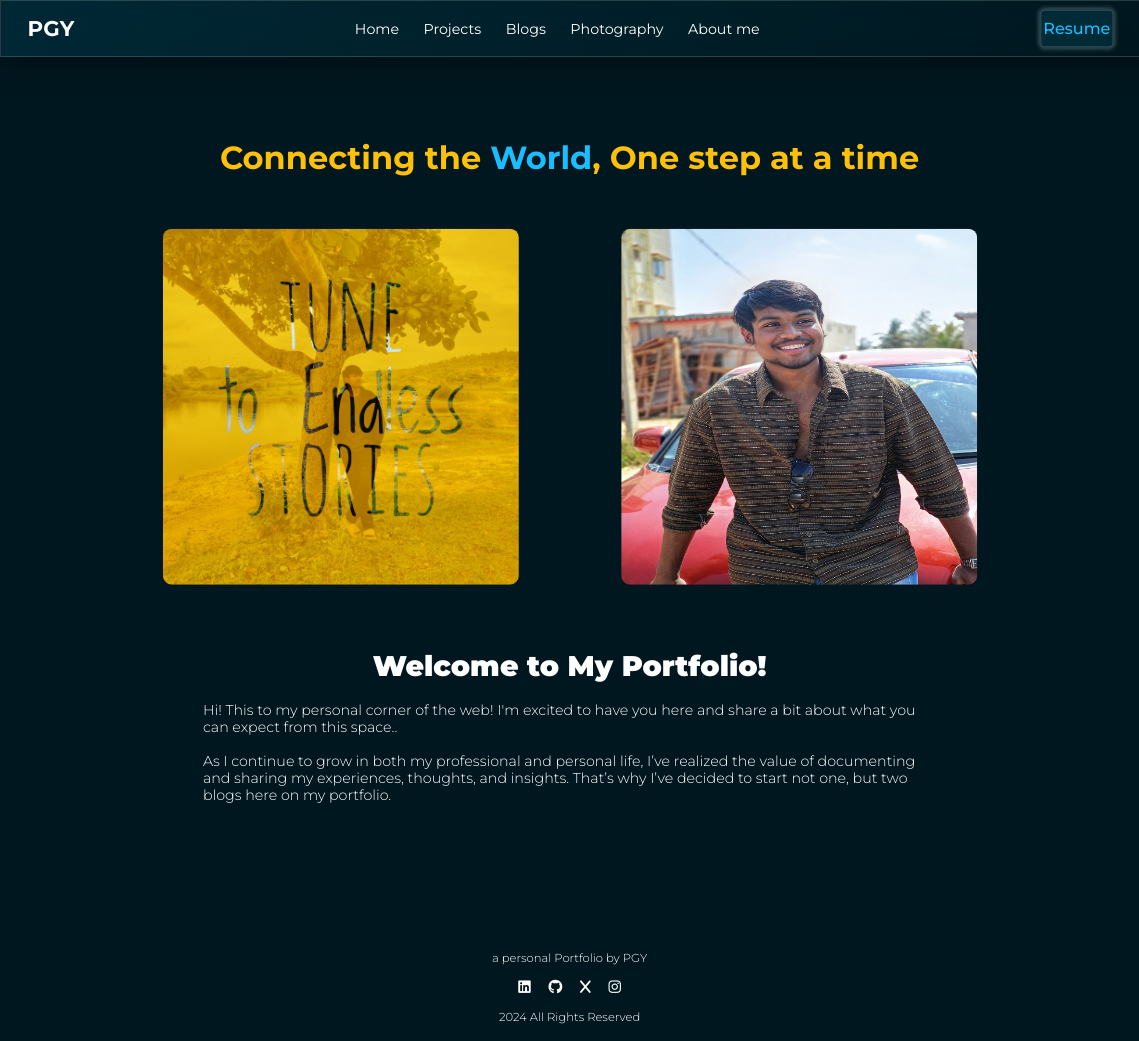
Repository: pgyunknown/pgyunknown
Page: blog.html
The author's editor kept a copy of each file at every save. The page is drawn from the files as they stood at one save, then again after the next save.
The browser window is 1280 px wide. The pictures show the whole page, at 89% of full size.
Some web libraries are served in a nearby version.

Above is the page before, as saved 2024-08-14 20:48:53.

### blog.html
<!DOCTYPE html>
<html lang="en">
<head>
    <meta charset="UTF-8">
    <meta name="viewport" content="width=device-width, initial-scale=1.0">
    <title>Document</title>
    <link rel="stylesheet" href="blog.css">
    <link rel="preconnect" href="https://fonts.googleapis.com">
<link rel="preconnect" href="https://fonts.gstatic.com" crossorigin>
<link href="https://fonts.googleapis.com/css2?family=Libre+Baskerville:ital,wght@0,400;0,700;1,400&family=Montserrat:ital,wght@0,100..900;1,100..900&family=Titillium+Web:ital,wght@0,200;0,300;0,400;0,600;0,700;0,900;1,200;1,300;1,400;1,600;1,700&display=swap" rel="stylesheet">
<link rel="stylesheet" href="https://cdnjs.cloudflare.com/ajax/libs/font-awesome/6.6.0/css/all.min.css" integrity="sha512-Kc323vGBEqzTmouAECnVceyQqyqdsSiqLQISBL29aUW4U/M7pSPA/gEUZQqv1cwx4OnYxTxve5UMg5GT6L4JJg==" crossorigin="anonymous" referrerpolicy="no-referrer" />
</head>
<body>
    <header>
        <div class="pgy_con">
                <div class="pgy"><a href="#">PGY</a></div>
        </div>
        <nav>
                <div class="nav_bar">
                <a href="#" id="home">Home</a>
                <a href="#"id="projects">Projects</a>
                <a href="#"id="blogs">Blogs</a>
                <a href="#"id="photo">Photography</a>
                <a href="#"id="About">About me</a>
                </div>
            </nav>
        <div class="resume_con">
                <button>Resume</button>
        </div>
    </header>
        <main>
            <div class="heading"><h1>Connecting the <span>World</span>, One step at a time</h1></div>
        <div class="contianer">
        <div ><img src="imgs/personal.jpg" alt=""></div>
        <div ><img src="imgs/IMG20240227144332 (1).jpg" alt=""></div>
        </div>
        <div class="blog_intro">
        <article >
            <h1>Welcome to My Portfolio!</h1>
<p>Hi! This to my personal corner of the web! I'm excited to have you here and share a bit about what you can expect from this space..</p>
            <p>As I continue to grow in both my professional and personal life, I’ve realized the value of documenting and sharing my experiences, thoughts, and insights. That’s why I’ve decided to start not one, but two blogs here on my portfolio.</p>
        </article>
    </div>
    </main>
        <footer>
            <div class="footer_port">a personal Portfolio by PGY</div>
            <div class="footer_icons">
            <a href="https://www.linkedin.com/in/p-gokul-yadav-82548a295?utm_source=share&utm_campaign=share_via&utm_content=profile&utm_medium=android_app" alt="Gokul's linkedin profile" target="_blank"><i class="fa-brands fa-linkedin"></i></a>
            <a href="https://github.com/pgyunknown" alt="Gokul Github profile" target="_blank"><i class="fa-brands fa-github"></i></a>
            <a href="#"><i class="fa-brands fa-x" target="_blank"></i></a>
            <a href="#"><i class="fa-brands fa-instagram" target="_blank"></i></a>
        </div>
        <div class="copyrights">2024 All Rights Reserved</div>
    </footer>

</body>
</html>

### blog.css
*{margin: 0px;
    padding: 0px;
}
body{
    background-color: #00171F;
    color: white;
    box-sizing: border-box;


}
a{
    text-decoration: none;
    color: inherit;
}

header{
    display: flex;
    justify-content: space-between;
    align-items: center;
    padding: 10px;
    /* Glassy effect */
    background: linear-gradient(135deg, rgba(0, 200, 255, 0.1), rgba(255, 255, 255, 0));
    backdrop-filter: blur(10px);
    -webkit-backdrop-filter: blur(10px);
    border:1px solid rgba(255, 255, 255, 0.18);
    box-shadow: 0 8px 32px 0 rgba(0, 0, 0, 0.37);

    overflow: hidden;
    position: fixed; /* Set the navbar to fixed position */
    top: 0; /* Position the navbar at the top of the page */
    width: 100%;
}

.pgy_con
{
    margin-left: 20px;
    font-family: "Montserrat", sans-serif;
    font-optical-sizing: auto;
    font-size: x-large;
    font-weight: 700;
    font-style: normal;
    align-items: end;

}

.pgy_con .pgy a{
    text-decoration: none;
}
.nav_bar {
        /* height: 50px; */
    width: 500px;
    display: flex;
    justify-content: space-evenly;

    transition-property: all;
    transition-timing-function: ease-in-out;
    transition-delay: 1s;


}

.nav_bar a{
    box-sizing: border-box;
    font-family: "Montserrat", sans-serif;
    font-optical-sizing: auto;
    font-weight: 400;
    font-style: normal
    text-decoration: none;
    justify-content: space-around;
    align-items: center;
    padding: 5px ;
}

.nav_bar a:hover{
    color: #FFC107;
    text-shadow: #FFC107 0px 0px  1px;
    border-bottom: 0.5px solid #FFC107;


}


.resume_con {
    display: flex;
    justify-content: center;
    margin-right: 20px;
    background-color: #00171F;
    margin-right: 40px;
}
.resume_con button{
    background-color:rgba(0, 200, 255, 0.1);
    box-sizing: content-box;
    height: 40px;
    width: 80px;
    font-family: "Montserrat", sans-serif;
    font-optical-sizing: auto;
    font-size: large;
    font-weight: 500;
    font-style: normal;
    color: #1ABEFF;
    border: 0.0001px solid #3c555f;
    border-radius: 5px;
    box-shadow: 0px 0px 5px 2px #3c555f;

}
main{
    display: flex;
    flex-direction: column;
    justify-content:space-around;
    align-items: center;
    padding: 70px;
    margin: 55px;
}
.heading{
    display: flex;
    margin: 30px;
    padding-bottom: 20px;
    font-family: "Montserrat", sans-serif;
    font-optical-sizing: auto;
    font-size: large;
    font-weight: 500;
    font-style: normal;
    color: #FFC107;
}

main .heading span{
    color: #1ABEFF;
}
.contianer{
    height: 400px;
    width:100%;
    padding: 10px;

    display: flex;
    justify-content: space-around;
    align-items: center;
    flex-direction: row;

}
.contianer img{
    height: 400px;
    width: 400px;
    border-radius:10px;
    /* border: 1px solid #2792bd; */
    /* box-shadow: 0px 0px 35px 1px #2792bd; */


}
main article{
    padding-top:20px;
}

.blog_intro{
    padding: 40px;
    width: 80%;
}

.blog_intro h1{
    text-align: center;
    font-family: "Montserrat", sans-serif;
    font-optical-sizing: auto;
    font-size: xx-large;
    font-weight: 900;
    font-style: normal;
}

.blog_intro p{
    padding-top: 20px;
    font-family: "Montserrat", sans-serif;
    font-optical-sizing: auto;
    font-size: medium;
    font-weight: 300;
    font-style: normal;
}



footer{
    display: flex;
    flex-direction:column;
    justify-content: space-evenly;
    align-items: center;
    margin-bottom: 20px;

    font-family: "Montserrat", sans-serif;
    font-optical-sizing: auto;
    font-size: small;
    font-weight: 300;
    font-style: normal;
}

.footer_icons{
    display: flex;
    justify-content: center;
    align-items: center;
    width: 50px;
    height: 50px;
}



.copyrights{
    display: flex;
    justify-content: center;
    align-items: center;
}

.footer_icons a{
font-size: medium;
padding: 10px;
width: 50px;
height: 50px;
display: flex;
justify-content: center;
align-items: center;
}

After the next save:
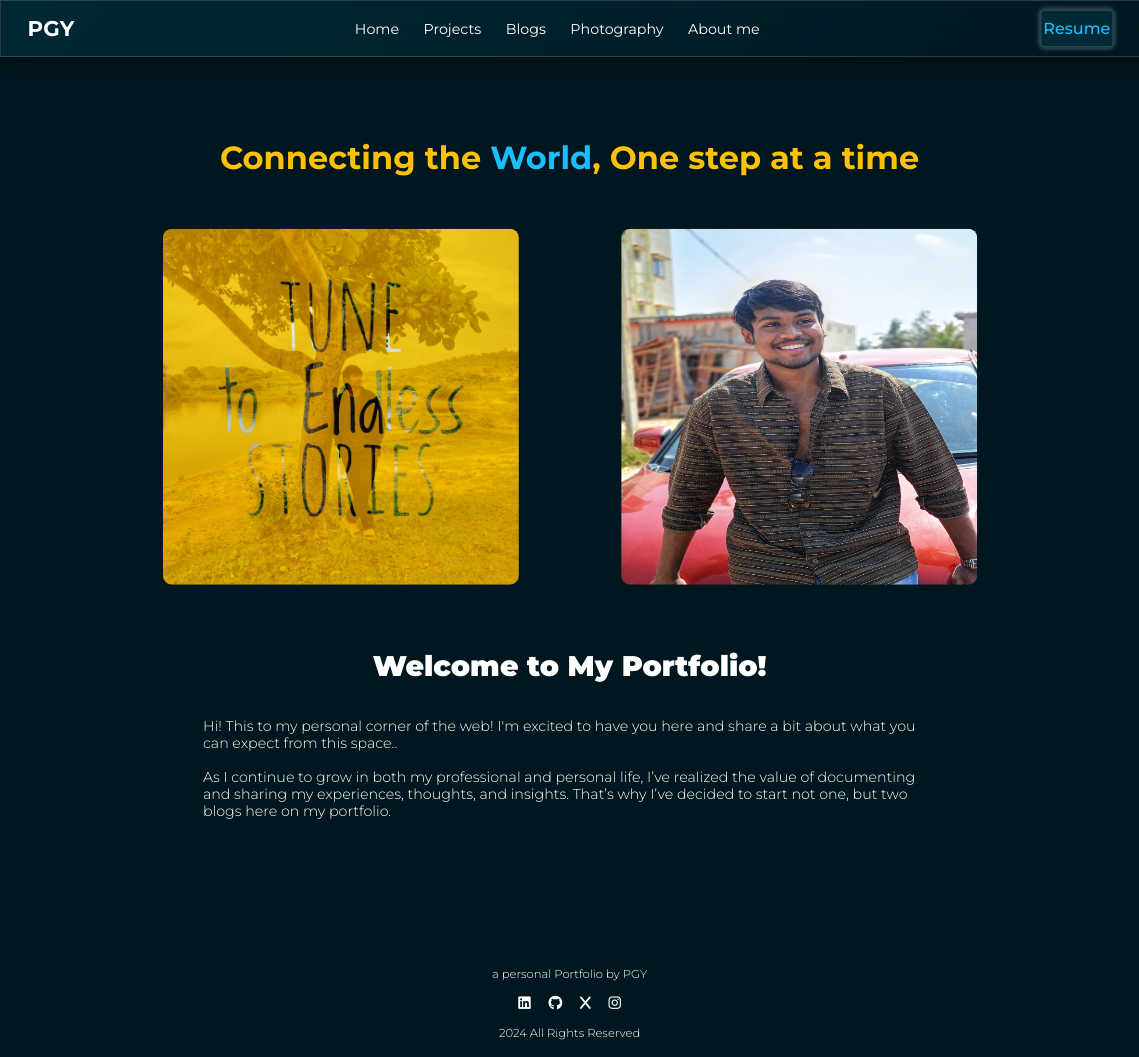
Saved 10 s later.
--- a/blog.html
+++ b/blog.html
@@ -36,7 +36,7 @@
         </div>
         <div class="blog_intro">
         <article >
-            <h1>Welcome to My Portfolio!</h1>
+            <h1>Welcome to My Portfolio!</h1><br>
 <p>Hi! This to my personal corner of the web! I'm excited to have you here and share a bit about what you can expect from this space..</p>
             <p>As I continue to grow in both my professional and personal life, I’ve realized the value of documenting and sharing my experiences, thoughts, and insights. That’s why I’ve decided to start not one, but two blogs here on my portfolio.</p>
         </article>
